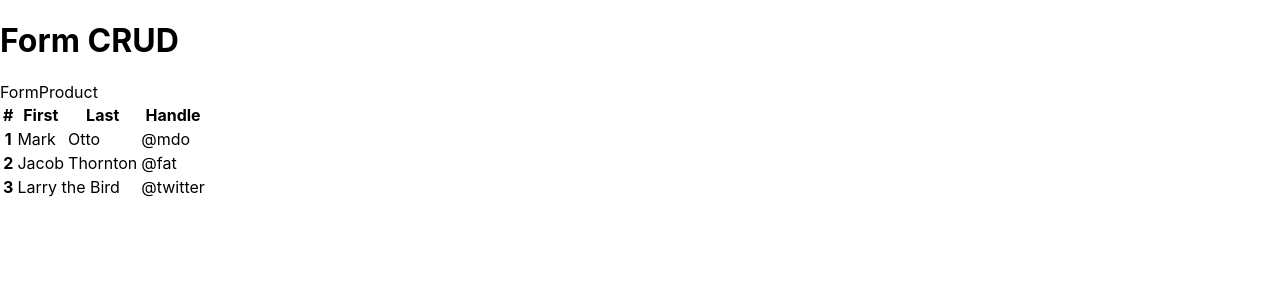
Repository: supakorn5039-boon/MERN
Page: / (app in client/)
These files come from the project's save history. The page is drawn as it stood at one moment and after the next save; the edit follows.
The browser window is 1280 px wide. The pictures show the whole page.
The page's requests for data from a server got no answer. The project was rebuilt for these pictures with package versions that can differ from the ones it lists, and the page was loaded fresh each time. No one was signed in, and anything a server would have sent is missing. Also part of the build but not shown: client/src/App.css.

Above is the page before, as saved 2023-10-30 23:21:47.

After the next save:
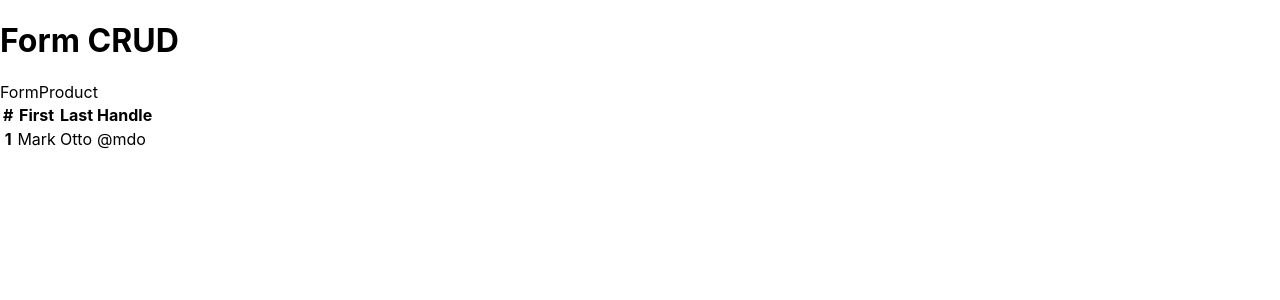
Saved 24 s later.
--- a/client/src/components/FormProduct.jsx
+++ b/client/src/components/FormProduct.jsx
@@ -36,17 +36,6 @@ const FormProduct = () => {
             <td>Otto</td>
             <td>@mdo</td>
           </tr>
-          <tr>
-            <th scope="row">2</th>
-            <td>Jacob</td>
-            <td>Thornton</td>
-            <td>@fat</td>
-          </tr>
-          <tr>
-            <th scope="row">3</th>
-            <td colspan="2">Larry the Bird</td>
-            <td>@twitter</td>
-          </tr>
         </tbody>
       </table>
     </div>
